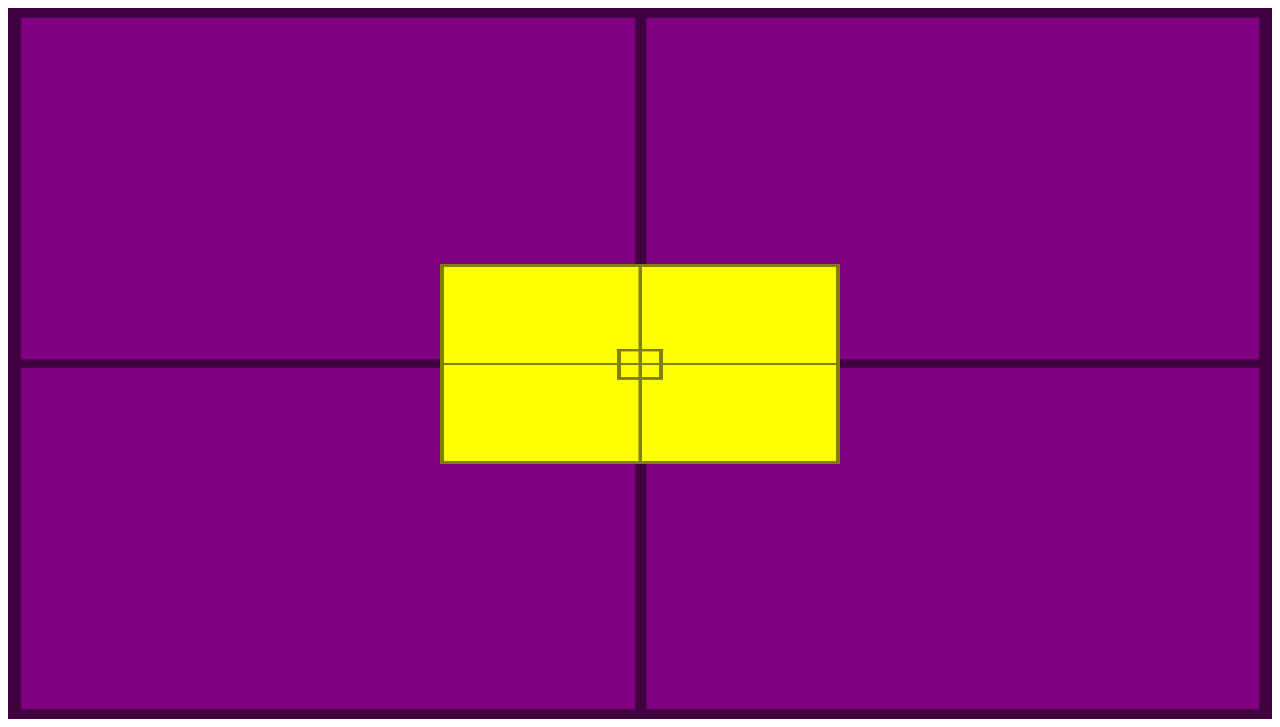
Repository: Leonngc/html-css
Page: Exercicios/ex023/fundo007.html
The author's editor kept a copy of each file at every save. The page is drawn from the files as they stood at one save, then again after a run of saves.
The browser window is 1280 px wide. The pictures show the whole page.

Above is the page before, as saved 2022-10-27 19:53:32.

After the next 2 saves:
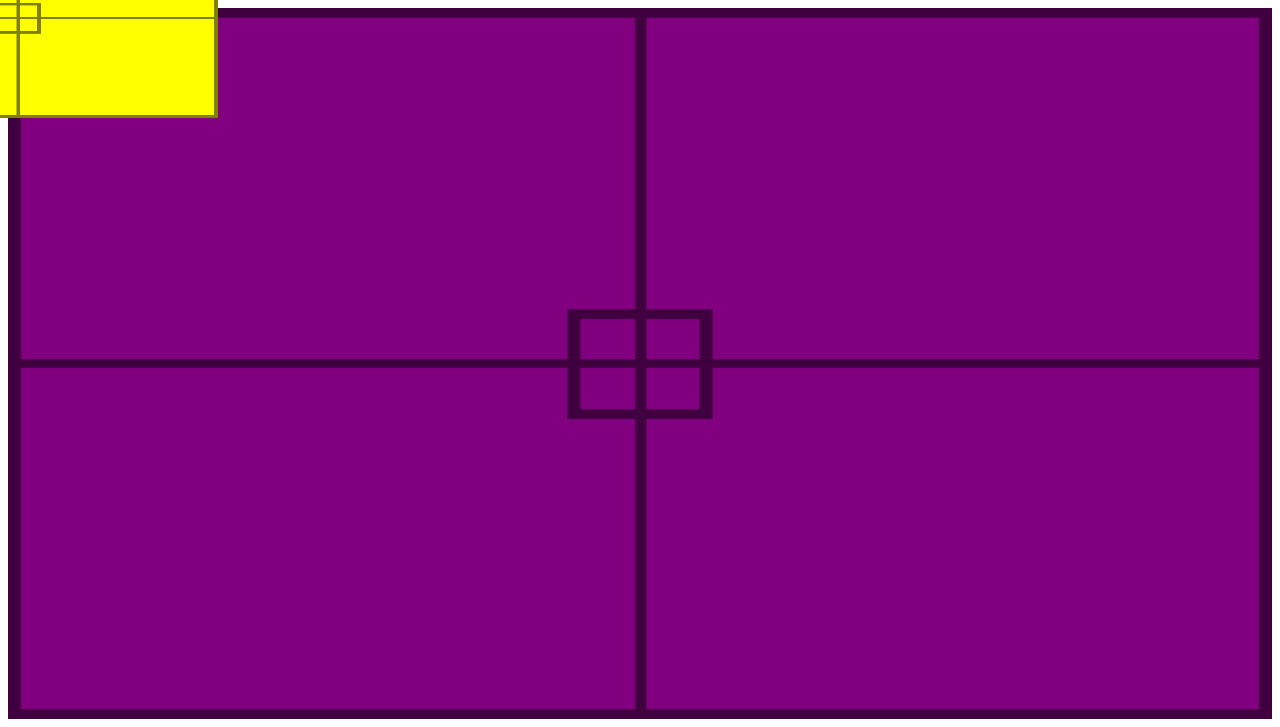
The 2 saves are shown as one change because they came seconds apart.
The last was saved 13 s later.
--- a/Exercicios/ex023/fundo007.html
+++ b/Exercicios/ex023/fundo007.html
@@ -23,8 +23,7 @@
             width: 400px;
             background-color: yellow;
 
-            left: 50%;
-            top: 50%;
+
 
             transform: translate(-50%, -50%);
         }

After the save that followed:
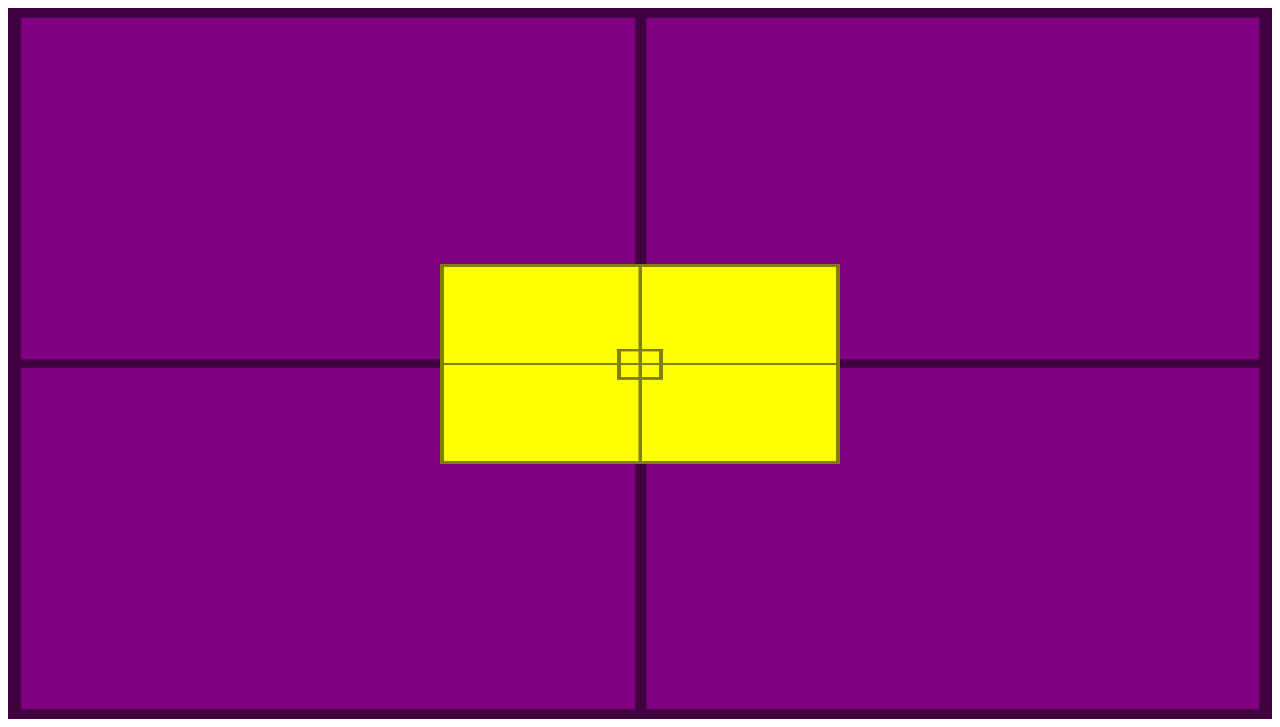
Saved 5 s later.
--- a/Exercicios/ex023/fundo007.html
+++ b/Exercicios/ex023/fundo007.html
@@ -23,7 +23,8 @@
             width: 400px;
             background-color: yellow;
 
-
+            left: 50%;
+            top: 50%;
 
             transform: translate(-50%, -50%);
         }
